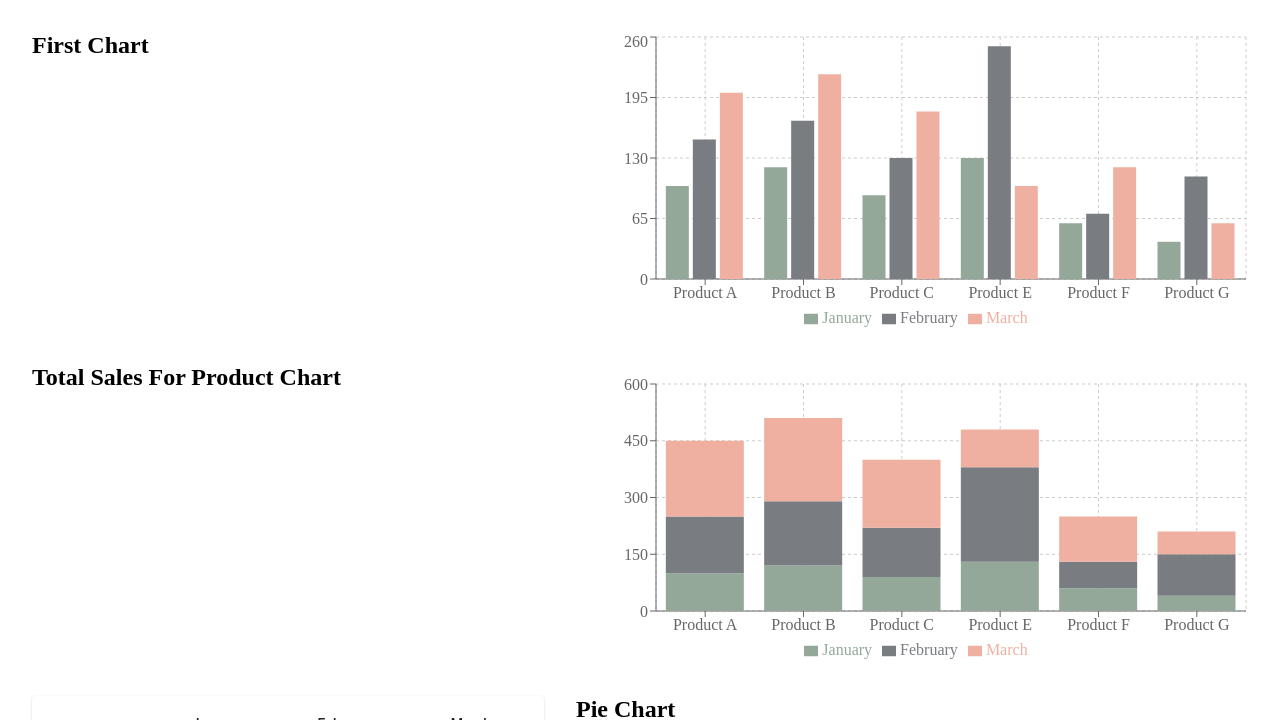
Repository: sagarjain738/test
Page: /
The author's editor kept a copy of each file at every save. The page is drawn from the files as they stood at one save, then again after the next save.
The browser window is 1280 px wide. The pictures show the whole page.
The project was rebuilt for these pictures with package versions that can differ from the ones it lists, and the page was loaded fresh each time. Also part of the build but not shown: vite.config.js, src/index.css.

Above is the page before, as saved 2024-01-21 00:04:48.

After the next save:
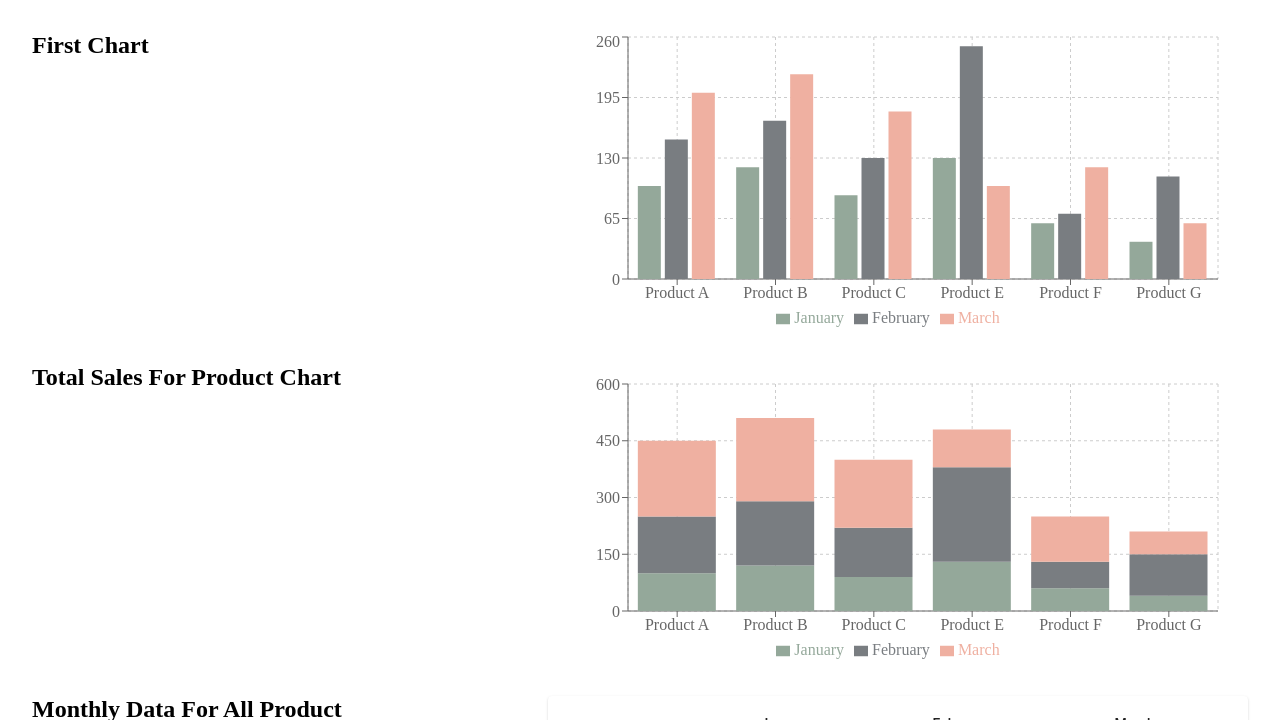
Saved 46 s later.
--- a/src/components/Table.jsx
+++ b/src/components/Table.jsx
@@ -5,8 +5,9 @@ import TableContainer from "@mui/material/TableContainer";
 import TableHead from "@mui/material/TableHead";
 import TableRow from "@mui/material/TableRow";
 import Paper from "@mui/material/Paper";
+import HigherOrder from "./HigherOrder";
 
-export default function BasicTable({ records, monthNames }) {
+function BasicTable({ records, monthNames }) {
   return (
     <TableContainer
       component={Paper}
@@ -53,3 +54,10 @@ export default function BasicTable({ records, monthNames }) {
     </TableContainer>
   );
 }
+
+const TotalSalesForProduct = HigherOrder(
+  BasicTable,
+  "Monthly Data For All Product"
+);
+
+export default TotalSalesForProduct;
